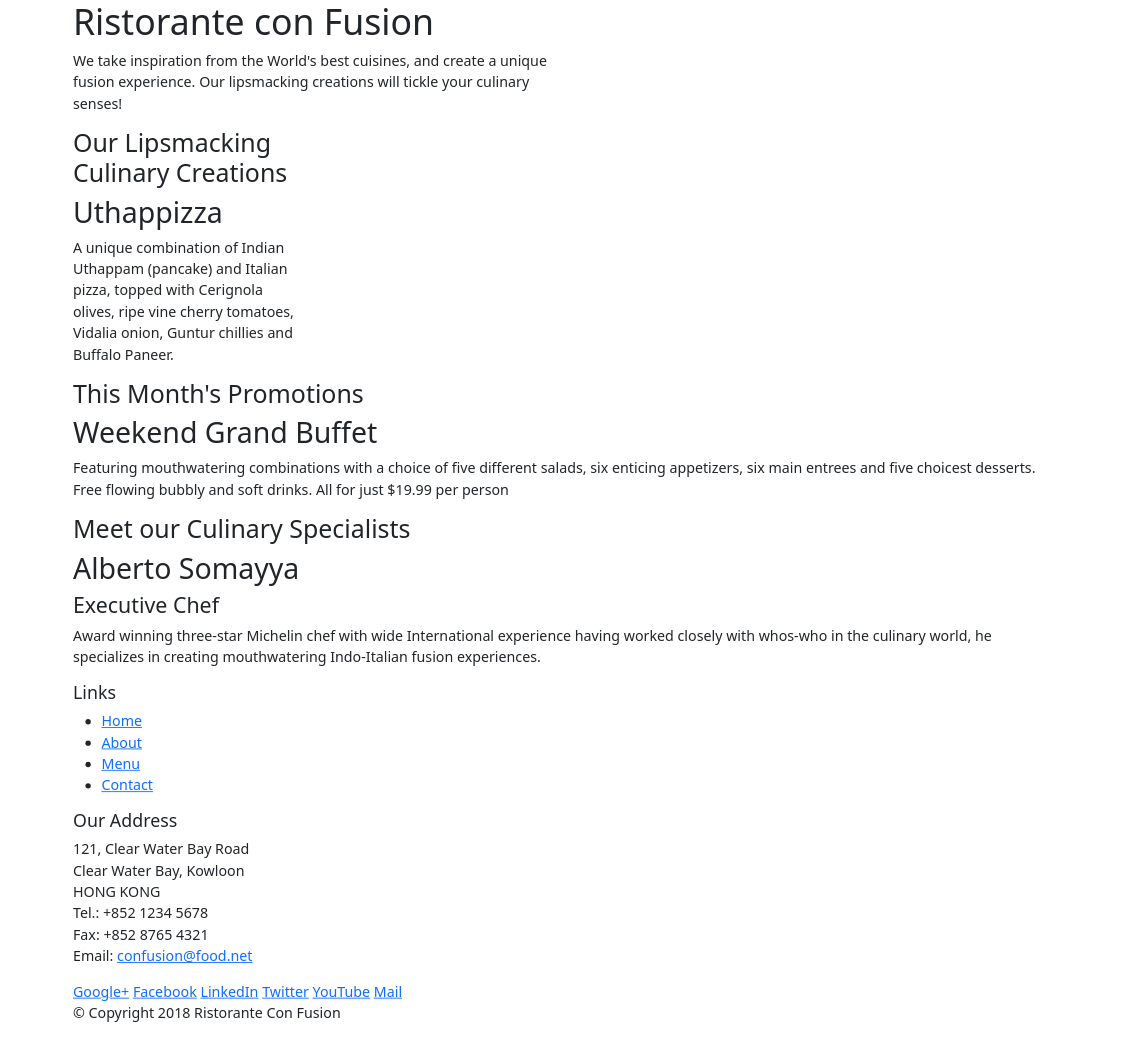
Repository: GiaBaooLe/Reactjs
Page: index.html
An editor plug-in stored every save of this project. The page is shown before and after a run of saves, followed by the edit.
The browser window is 1280 px wide. The pictures show the whole page, at 89% of full size.
Some web libraries are served in a nearby version.

Above is the page before, as saved 2023-09-12 13:54:48.

### index.html
<!DOCTYPE html>
<html lang="en">
  <head>

    <!-- Required meta tags always come first -->
    <meta charset="utf-8" />
    <meta
      name="viewport"
      content="width=device-width, initial-scale=1, shrink-to-fit=no"
    />
    <meta http-equiv="x-ua-compatible" content="ie=edge" />
    <!-- Bootstrap CSS -->
    <link
      rel="stylesheet"
      href="node_modules/bootstrap/dist/css/bootstrap.min.css"
    />

    <title>Ristorante Con Fusio</title>
  </head>

  <body>
    <header class="jumbotron">
        <div class="container">
            <div class="row">


          <div class="col-12 col-sm-6">
            <h1>Ristorante con Fusion</h1>
            <p>
              We take inspiration from the World's best cuisines, and create a
              unique fusion experience. Our lipsmacking creations will tickle
              your culinary senses!
            </p>
          </div>
          </div>
        </div>


    </div>
    </header>

    <div class="container">
        <div class="row">
      <div class="col-12 col-sm-4 col-md-3">
        <div>
          <h3>Our Lipsmacking Culinary Creations</h3>
        </div>
        <div>
          <h2>Uthappizza</h2>
          <p>
            A unique combination of Indian Uthappam (pancake) and Italian pizza,
            topped with Cerignola olives, ripe vine cherry tomatoes, Vidalia
            onion, Guntur chillies and Buffalo Paneer.
          </p>
        </div>
      </div>


      <div>
        <div>
          <h3>This Month's Promotions</h3>
        </div>
        <div>
          <h2>Weekend Grand Buffet</h2>
          <p>
            Featuring mouthwatering combinations with a choice of five different
            salads, six enticing appetizers, six main entrees and five choicest
            desserts. Free flowing bubbly and soft drinks. All for just $19.99
            per person
          </p>
        </div>
      </div>

      <div>
        <div>
          <h3>Meet our Culinary Specialists</h3>
        </div>
        <div>
          <h2>Alberto Somayya</h2>
          <h4>Executive Chef</h4>
          <p>
            Award winning three-star Michelin chef with wide International
            experience having worked closely with whos-who in the culinary
            world, he specializes in creating mouthwatering Indo-Italian fusion
            experiences.
          </p>
        </div>
      </div>
    </div>
    </div>
</div>

    <footer>
      <div class="container">
        <div class="row">
          <div>
            <h5>Links</h5>
            <ul>
              <li><a href="#">Home</a></li>
              <li><a href="#">About</a></li>
              <li><a href="#">Menu</a></li>
              <li><a href="#">Contact</a></li>
            </ul>
          </div>
          <div>
            <h5>Our Address</h5>
            <address>
              121, Clear Water Bay Road<br />
              Clear Water Bay, Kowloon<br />
              HONG KONG<br />
              Tel.: +852 1234 5678<br />
              Fax: +852 8765 4321<br />
              Email: <a href="mailto:confusion@food.net">confusion@food.net</a>
            </address>
          </div>
          <div>
            <div>
              <a href="http://google.com/+">Google+</a>
              <a href="http://www.facebook.com/profile.php?id=">Facebook</a>
              <a href="http://www.linkedin.com/in/">LinkedIn</a>
              <a href="http://twitter.com/">Twitter</a>
              <a href="http://youtube.com/">YouTube</a>
              <a href="mailto:">Mail</a>
            </div>
          </div>
        </div>
        <div>
          <div>
            <p>© Copyright 2018 Ristorante Con Fusion</p>
          </div>
        </div>
      </div>
    </footer>
  </body>
  <script src="node_modules/jquery/dist/jquery.slim.min.js"></script>
  <script src="node_modules/popper.js/dist/umd/popper.min.js"></script>
  <script src="node_modules/bootstrap/dist/js/bootstrap.min.js"></script>
</html>

After the next 2 saves:
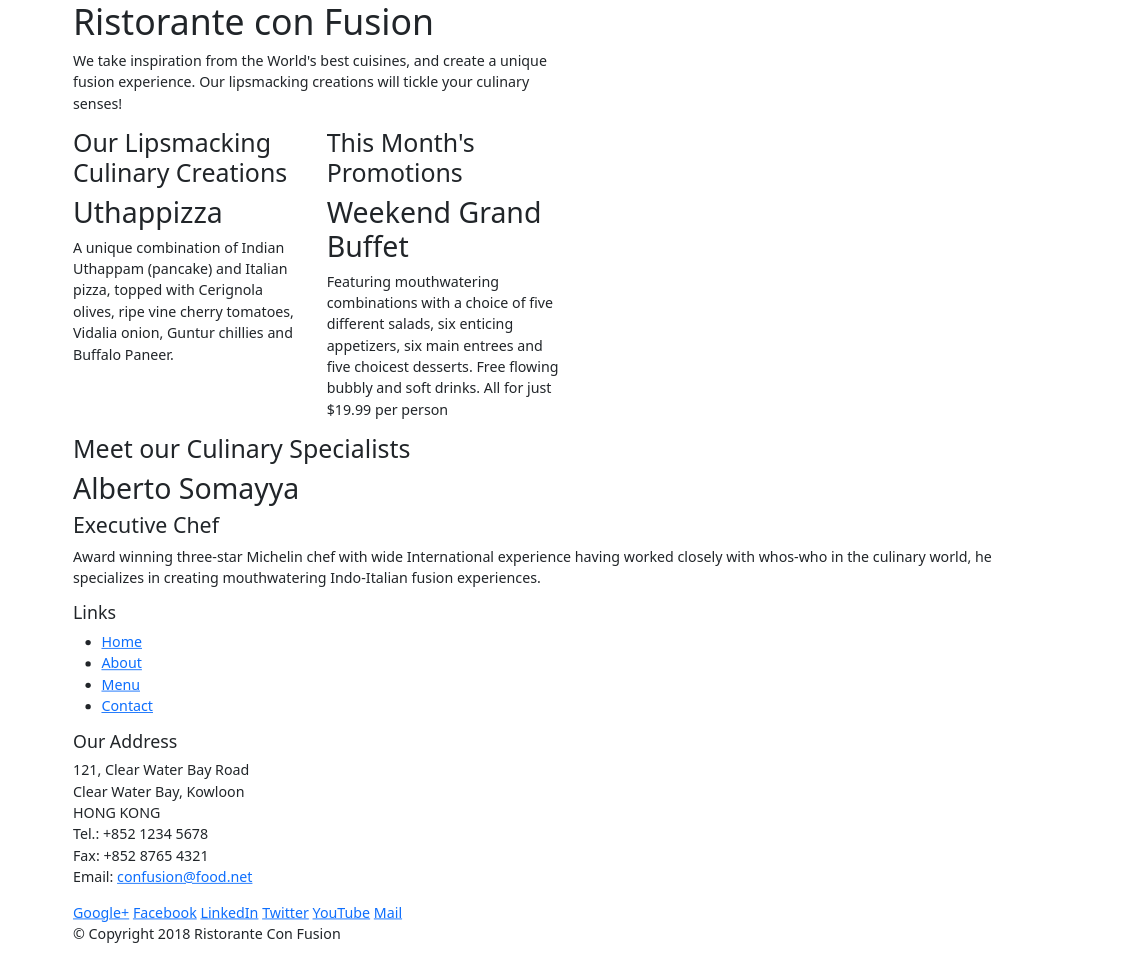
The 2 saves are shown as one change because they came seconds apart.
The last was saved 13 s later.
--- a/index.html
+++ b/index.html
@@ -56,7 +56,7 @@
       </div>
 
 
-      <div>
+      <div class="col-12 col-sm-4 col-md-3"">
         <div>
           <h3>This Month's Promotions</h3>
         </div>
